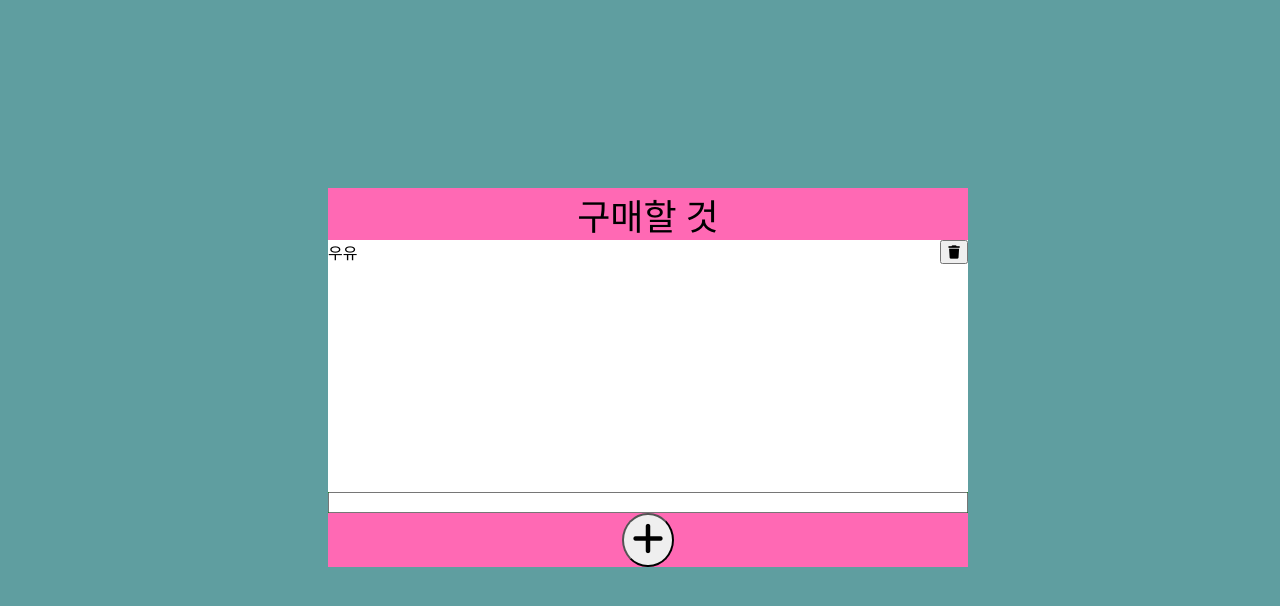
Repository: GoodHoneyCake/Dream_Coding_Academy5
Page: shopping_list/index.html
These files come from the project's save history. The page is drawn as it stood at one moment and after the next save; the edit follows.
The browser window is 1280 px wide. The pictures show the whole page.
Some web libraries are served in a nearby version.

Above is the page before, as saved 2021-01-29 17:27:02.

### shopping_list/index.html
<!DOCTYPE html>
<html lang="en">
  <head>
    <meta charset="UTF-8" />
    <meta name="viewport" content="width=device-width, initial-scale=1.0" />
    <title>Document</title>
    <script
      src="https://kit.fontawesome.com/c90a48a564.js"
      crossorigin="anonymous"
    ></script>
    <link rel="stylesheet" href="style.css" />
    <script src="main.js" defer></script>
  </head>
  <body>
    <section class="shopping-list">
      <header class="header">
        <span class="header__title">구매할 것</span>
      </header>
      <ul class="list">
        <li class="list__item">
          <span class="title">우유</span>
          <button class="remove-btn">
            <i class="fas fa-trash"></i>
          </button>
        </li>
      </ul>
      <input type="text" class="input" />
      <footer class="footer">
        <button class="footer__btn">
          <i class="fas fa-plus"></i>
        </button>
      </footer>
    </section>
  </body>
</html>

### shopping_list/style.css
* {
  box-sizing: border-box;
}

html {
  width: 100%;
  height: 100%;
}

body {
  background-color: cadetblue;
  width: 50%;
  height: 50%;
}

.shopping-list {
  width: 100%;
  height: 100%;
  background-color: forestgreen;
  transform: translate(50%, 50%);
}

.header {
  background-color: hotpink;
  display: flex;
  justify-content: center;
}

.header__title {
  font-size: 36px;
}

.list {
  background-color: white;
  height: 70%;
  margin: 0;
  padding: 0;
  list-style: none;
}

.list__item {
  display: flex;
  justify-content: space-between;
}

.input {
  width: 100%;
}

.footer {
  background-color: hotpink;
  height: 15%;
  display: flex;
  justify-content: center;
}
.footer__btn {
  border-radius: 50%;
  width: 8%;
  font-size: 36px;
}

### shopping_list/main.js
const input = document.querySelector(".input");
input.addEventListener("submit", () => {
  console.log("aa");
});

After the next save:
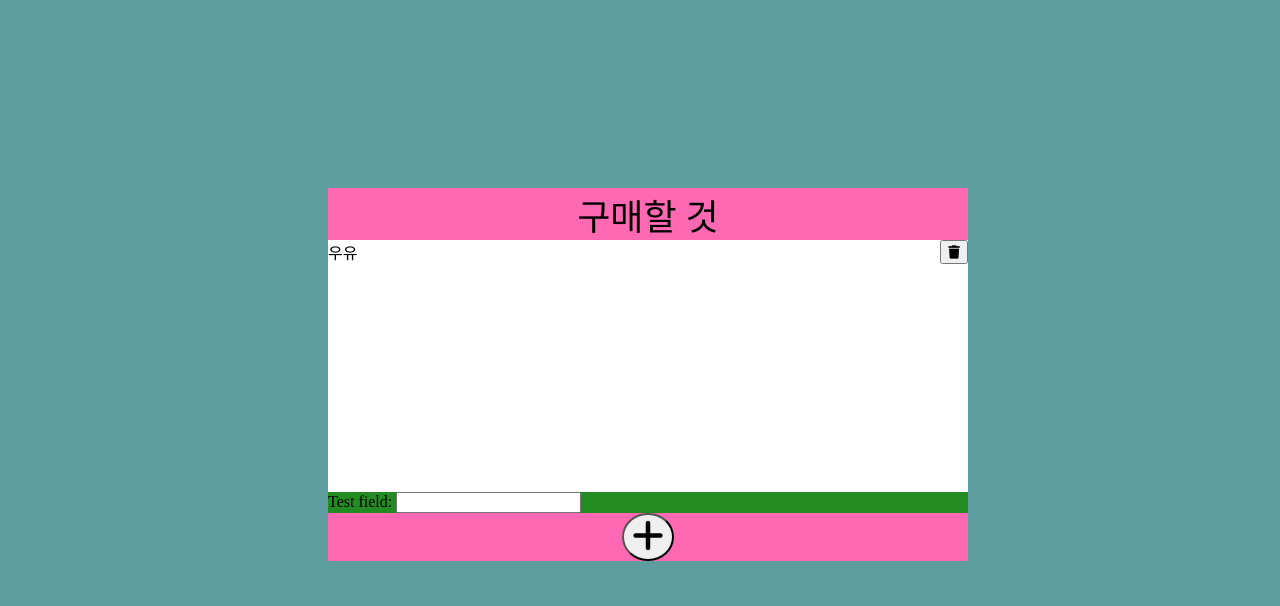
Console error: TypeError: Cannot read properties of null (reading 'addEventListener')
Saved 74 s later.
--- a/shopping_list/index.html
+++ b/shopping_list/index.html
@@ -24,7 +24,8 @@
           </button>
         </li>
       </ul>
-      <input type="text" class="input" />
+      <form id="form">
+        <label>Test field: <input type="text"></label>
       <footer class="footer">
         <button class="footer__btn">
           <i class="fas fa-plus"></i>
